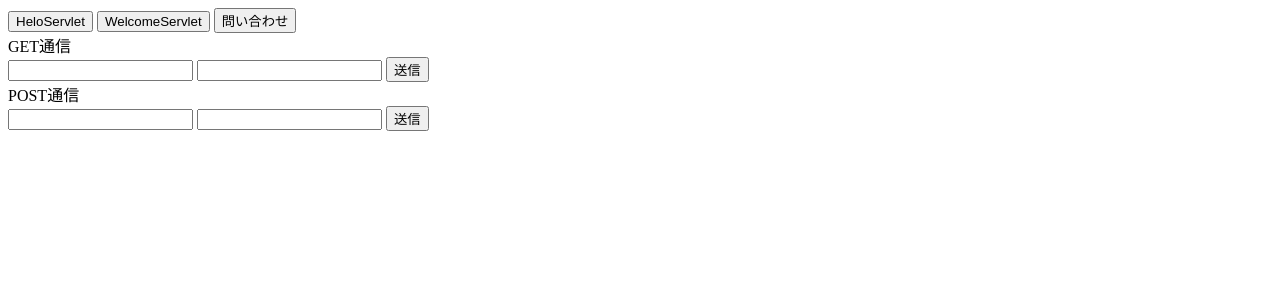
Repository: xiezom/test
Page: http://localhost/HelloServlet/
These files come from the project's save history. The page is drawn as it stood at one moment and after the next save; the edit follows.
The browser window is 1280 px wide. The pictures show the whole page.
The page is served by Tomcat 9. Other server files are loaded and not shown.

Above is the page before, as saved 2019-02-20 00:59:36.

### HelloServlet/WebContent/index.jsp
<%@ page language="java" contentType="text/html; charset=UTF-8"
    pageEncoding="UTF-8"%>
<!DOCTYPE html>
<html>
<head>
<meta charset="UTF-8">
<title>HelloServlet</title>
</head>
<body>
<input type="button" value="HeloServlet" onClick="location.href='HelloServlet'">
<input type="button" value="WelcomeServlet" onClick="location.href='welcome.jsp'">
<input type="button" value="問い合わせ" onClick="location.href='inqury.jsp'">

<br>

GET通信
<form method="get" action="TestServlet">
<input type="text" name="username">
<input type="password" name="password">
<input type="submit" value="送信">
</form>
POST通信
<form method="post" action="TestServlet">
<input type="text" name="username">
<input type="password" name="password">
<input type="submit" value="送信">
</form>

</body>
</html>

After the next save:
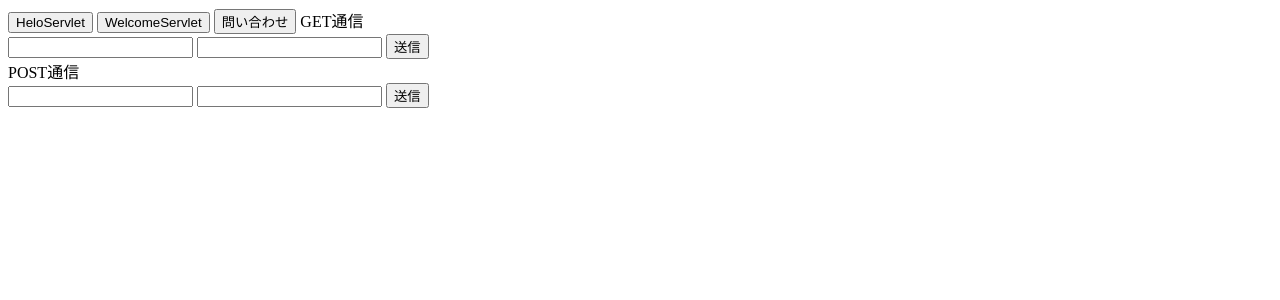
Saved 17 min 1 s later.
--- a/HelloServlet/WebContent/index.jsp
+++ b/HelloServlet/WebContent/index.jsp
@@ -11,7 +11,6 @@
 <input type="button" value="WelcomeServlet" onClick="location.href='welcome.jsp'">
 <input type="button" value="問い合わせ" onClick="location.href='inqury.jsp'">
 
-<br>
 
 GET通信
 <form method="get" action="TestServlet">

After the save that followed:
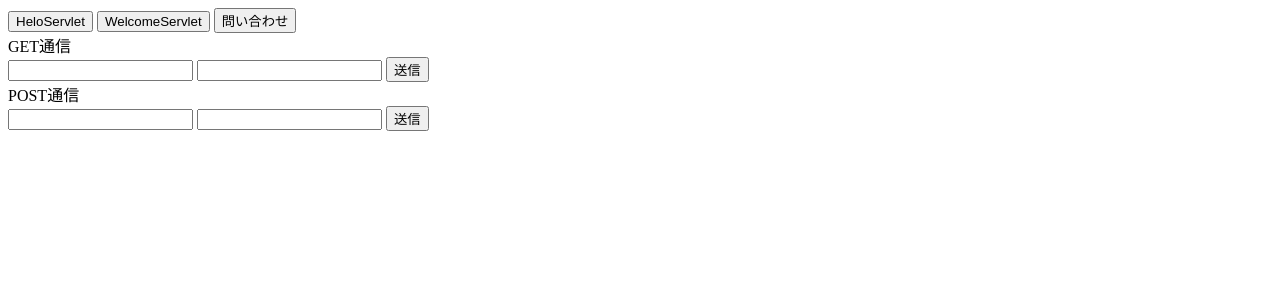
Saved 18 s later.
--- a/HelloServlet/WebContent/index.jsp
+++ b/HelloServlet/WebContent/index.jsp
@@ -11,6 +11,7 @@
 <input type="button" value="WelcomeServlet" onClick="location.href='welcome.jsp'">
 <input type="button" value="問い合わせ" onClick="location.href='inqury.jsp'">
 
+<br>
 
 GET通信
 <form method="get" action="TestServlet">
